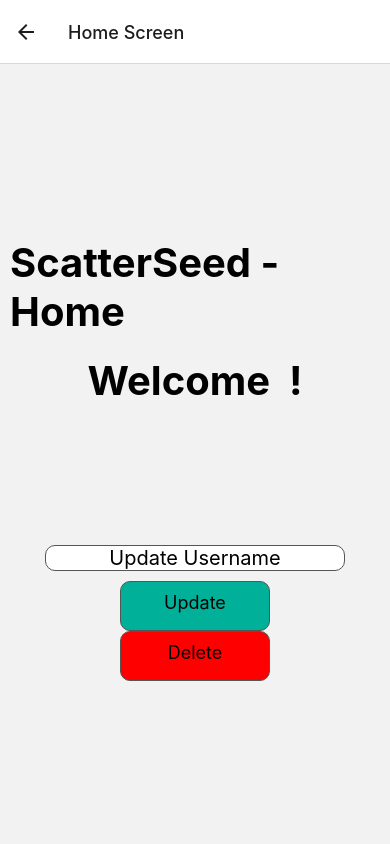
Repository: Curraje/scatter-seed-app
Screen: /Home
The author's editor kept a copy of each file at every save. The screen is drawn from the files as they stood at one save, then again after a run of saves.
The app was drawn by React Native's web renderer in a window 390 px wide. The project was rebuilt for these pictures with package versions that can differ from the ones it lists, and the page was loaded fresh each time. Some packages were replaced by stand-ins written for this rebuild.

Above is the screen before, as saved 2022-03-06 14:26:36.

### index.js
import App from "./src/App";
import { registerRootComponent } from "expo";

// Main Entry Point for App
registerRootComponent(App);

### src/App.tsx
import React from "react";
//import { StatusBar } from "expo-status-bar";
// import { StyleSheet } from "react-native";
// import Header from "./components/Header";
// import CustomButton from "./components/CustomButton";
import { NavigationContainer } from "@react-navigation/native";
// import { createBottomTabNavigator } from "@react-navigation/bottom-tabs";
// import { createMaterialBottomTabNavigator } from "@react-navigation/material-bottom-tabs";
//import { createMaterialTopTabNavigator } from "@react-navigation/material-top-tabs";
//import { createDrawerNavigator } from "@react-navigation/drawer";
import { createNativeStackNavigator } from "@react-navigation/native-stack";
import FontAwesome5 from "react-native-vector-icons/FontAwesome5";
import Login from "./screens/Login";
import Home from "./screens/Home";

// const Tab = createBottomTabNavigator();
// const Tab = createMaterialBottomTabNavigator();
//const Tab = createMaterialTopTabNavigator();
//const Drawer = createDrawerNavigator();
const Stack = createNativeStackNavigator();

export default function App() {
  return (
    <NavigationContainer>
      <Stack.Navigator
        initialRouteName="Login"
        screenOptions={{  }}

      >
        <Stack.Screen
          name="Home"
          component={Home}
          options={{
            title: "Home Screen",
          }}
        />
        <Stack.Screen
          name="Login"
          component={Login}
          options={{
            title: "Login Screen",
            headerShown: false,
          }}
          initialParams={{ItemName:"Item from Drawer", ItemId: 1}}
        />
      </Stack.Navigator>
    </NavigationContainer>
  );
}

### src/screens/Login.tsx
/* eslint-disable indent */
import React, { useEffect, useState } from "react";
import { View, StyleSheet, Image, Text, TextInput, Alert } from "react-native";
import CustomButton from "../utils/CustomButton";
import AsyncStorage from "@react-native-async-storage/async-storage";

// eslint-disable-next-line @typescript-eslint/no-explicit-any
export default function Login({ navigation }: any) {
    const [name, setName]=useState("");

    useEffect(() => {
        getData();
      }, []);

      const getData = () => {
        try {
          AsyncStorage.getItem("UserName")
            .then(value => {
              if (value != null) {
                navigation.navigate("Home");
              }
            }
            );
        } catch (error) {
          console.log(error);
        }
      };

    const setData = async () => {
      if (name.length < 1) {
        Alert.alert("Warning!", "Please enter a username");
      } else {
          try {
            await AsyncStorage.setItem("UserName", name);
            navigation.navigate("Home");
          } catch (error) {
            console.log(error);
          }
      }
    };

  return (
    <View
      style={styles.loginBody}
    >
      <Image
        style={styles.loginImage}
        source={require("../../assets/bruce.png")}
      />
      <Text style={styles.loginText}>Async Storage</Text>
      <TextInput
        style={styles.loginInput}
        placeholder="Username"
        onChangeText={(value) => setName(value)}
      />
      <CustomButton
        title="Login"
        regular_color="#1eb900"
        pressed_color="#1eb999"
        onPressFunction={setData}
      />
    </View>
  );
}

const styles = StyleSheet.create({
  loginBody: {
    flex: 1,
    alignItems: "center",
    backgroundColor: "#0080ff",
  },
  loginImage: {
      width:100,
      height: 100,
      margin: 20,
      resizeMode: "contain"
  },
  loginText: {
      fontSize: 35,
      fontWeight: "bold",
  },
  loginInput: {
    width: 300,
    borderWidth: 1,
    borderColor: "#555",
    borderRadius: 10,
    backgroundColor: "#ffffff",
    textAlign: "center",
    fontSize: 20,
    marginTop: 130,
    marginBottom: 10,
  },
});

### src/screens/Home.tsx
import React, { useEffect, useState } from "react";
//import { StatusBar } from "expo-status-bar";
import { Alert, StyleSheet, Text, TextInput, View } from "react-native";
import AsyncStorage from "@react-native-async-storage/async-storage";
import CustomButton from "../utils/CustomButton";
import GlobalStyles from "../utils/GlobalStyles";


// eslint-disable-next-line @typescript-eslint/no-explicit-any
export default function Home({ navigation, route }: any) {

  const [name, setName] = useState("");

  useEffect(() => {
    getData();
  }, []);

  const getData = () => {
    try {
      AsyncStorage.getItem("UserName")
        .then(value => {
          if (value != null) {
            setName(value);
          }
        }
        );
    } catch (error) {
      console.log(error);
    }
  };

  const updateData = async () => {
    if (name.length < 1) {
      Alert.alert("Warning!", "Please enter a username");
    } else {
      try {
        await AsyncStorage.setItem("UserName", name);
        Alert.alert("Success!", "Your name has been updated.");
      } catch (error) {
        console.log(error);
      }
    }
  };

  const removeData = async () => {
    try {
      await AsyncStorage.removeItem("UserName");
      navigation.navigate("Login");
    } catch (error) {
      console.log(error);
    }
  };

  return (
    <View style={[GlobalStyles.body]}>
      <Text style={[GlobalStyles.text]}>ScatterSeed - Home</Text>
      <Text style={[GlobalStyles.text]}>Welcome {name} !</Text>
      <TextInput
        style={styles.updateInput}
        placeholder="Update Username"
        value={name}
        onChangeText={(value) => setName(value)}
      />
      <CustomButton
        title="Update"
        regular_color="#00b099"
        pressed_color="#1eb000"
        onPressFunction={updateData}
      />
      <CustomButton
        title="Delete"
        regular_color="red"
        pressed_color=""
        onPressFunction={updateData}
      />
    </View>
  );
}

const styles = StyleSheet.create({
  updateBody: {
    flex: 1,
    alignItems: "center",
    backgroundColor: "#0080ff",
  },
  updateImage: {
    width:100,
    height: 100,
    margin: 20,
    resizeMode: "contain"
  },
  updateText: {
    fontSize: 35,
    fontWeight: "bold",
  },
  updateInput: {
    width: 300,
    borderWidth: 1,
    borderColor: "#555",
    borderRadius: 10,
    backgroundColor: "#ffffff",
    textAlign: "center",
    fontSize: 20,
    marginTop: 130,
    marginBottom: 10,
  },
});

### src/utils/CustomButton.tsx
import React from "react";
import { Pressable, StyleSheet, Text } from "react-native";

// eslint-disable-next-line @typescript-eslint/no-explicit-any
const CustomButton = (props: any) => {
  return (
    <Pressable
      onPress={props.onPressFunction}
      hitSlop={{ top: 10, bottom: 10, right: 10, left: 10 }}
      android_ripple={{ color: "#00f" }}
      style={({ pressed }) => [
        { backgroundColor: pressed ? props.pressed_color : props.regular_color },
        styles.button,
        { ...props.style },
      ]}
    >
      <Text style={styles.text}>{props.title}</Text>
    </Pressable>
  );
};

const styles = StyleSheet.create({
  text: {
    color: "#000000",
    fontSize: 18,
    margin: 10,
    textAlign: "center",
  },
  button: {
    width: 150,
    height: 50,
    alignItems: "center",
    borderWidth: 1,
    borderColor: "#555",
    borderRadius: 10,
  },
});

export default CustomButton;

### src/utils/GlobalStyles.tsx
import { StyleSheet } from "react-native";

export default StyleSheet.create({
  body: {
    flex: 1,
    justifyContent: "center",
    alignItems: "center",
  },
  text: {
    fontSize: 40,
    fontWeight: "bold",
    margin: 10,
  },
});

After the next 4 saves:
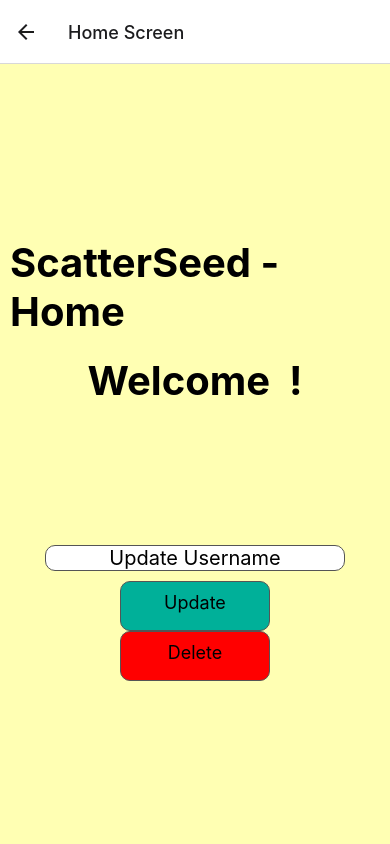
The 4 saves are shown as one change because they came seconds apart.
The last was saved 70 s later.
--- a/src/utils/GlobalStyles.tsx
+++ b/src/utils/GlobalStyles.tsx
@@ -5,6 +5,7 @@ export default StyleSheet.create({
     flex: 1,
     justifyContent: "center",
     alignItems: "center",
+    backgroundColor: "#ffffb3",
   },
   text: {
     fontSize: 40,
